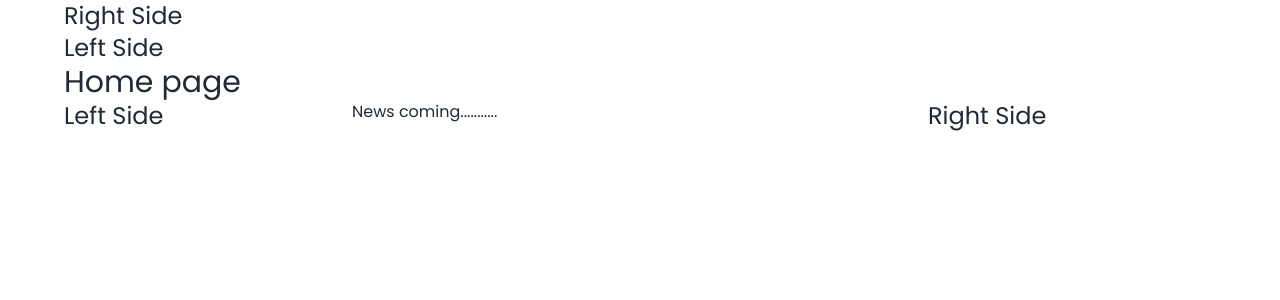
Repository: ShouravAhammed/react-dragon-news-auth
Page: /
The author's editor kept a copy of each file at every save. The page is drawn from the files as they stood at one save, then again after the next save.
The browser window is 1280 px wide. The pictures show the whole page.
The project was rebuilt for these pictures with package versions that can differ from the ones it lists, and the page was loaded fresh each time. Also part of the build but not shown: vite.config.js, src/pages/About/About.jsx, src/pages/Career/Career.jsx.

Above is the page before, as saved 2024-04-13 01:39:32.

### src/main.jsx
import React from 'react'
import ReactDOM from 'react-dom/client'
import './index.css'
import { RouterProvider } from 'react-router-dom'
import router from './Routes/Routes.jsx'

ReactDOM.createRoot(document.getElementById('root')).render(
  <React.StrictMode>
    <RouterProvider router={router}/>
  </React.StrictMode>,
)

### src/Routes/Routes.jsx
import Root from "../layout/Root";

import {
    createBrowserRouter,
  } from "react-router-dom";
import Home from "../pages/Home/Home";
import About from "../pages/About/About";
import Career from "../pages/Career/Career";

const router = createBrowserRouter([
    {
        path: '/',
        element: <Root></Root>,
        children: [
            {

                path: '/',
                element: <Home></Home>,
            },
            {

                path: '/about',
                element: <About></About>,
            },
            {

                path: '/career',
                element: <Career></Career>,
            },

        ]
    }
])

export default router;

### src/pages/Home/Home.jsx
import LeftSideNav from "../Shared/LeftSideNav/LeftSideNav";
import RightSideNav from "../Shared/RIghtSideNav/RightSideNav";


const Home = () => {
    return (
        <div>
            <RightSideNav></RightSideNav>
            <LeftSideNav></LeftSideNav>
            <h3 className="text-3xl font-poppins">Home page</h3>
            <div className="grid grid-cols-4">
                <div className="col-span-1">
                    <LeftSideNav></LeftSideNav>
                </div>
                <div className="col-span-2">News coming...........</div>
                <div className="col-span-1">
                    <RightSideNav></RightSideNav>
                </div>
            </div>
        </div>
    );
};

export default Home;

### src/pages/Shared/LeftSideNav/LeftSideNav.jsx

const LeftSideNav = () => {
    return (
        <div>
            <h3 className='text-2xl'>Left Side</h3>
        </div>
    );
};

export default LeftSideNav;

### src/pages/Shared/RIghtSideNav/RightSideNav.jsx


const RightSideNav = () => {
    return (
        <div>
            <h3 className="text-2xl">Right Side</h3>
        </div>
    );
};

export default RightSideNav;

### tailwind.config.js
/** @type {import('tailwindcss').Config} */
export default {
  content: [
    "./index.html",
    "./src/**/*.{js,ts,jsx,tsx}",
  ],
  theme: {
    extend: {
      fontFamily: {
        poppins: '"Poppins", sans-serif;', // Adds a new `font-display` class
      }
    }
  },
  plugins: [require("daisyui")],
}

Loaded but not shown: index.html (common file); src/index.css (common file); src/layout/Root.jsx (common file)

After the next save:
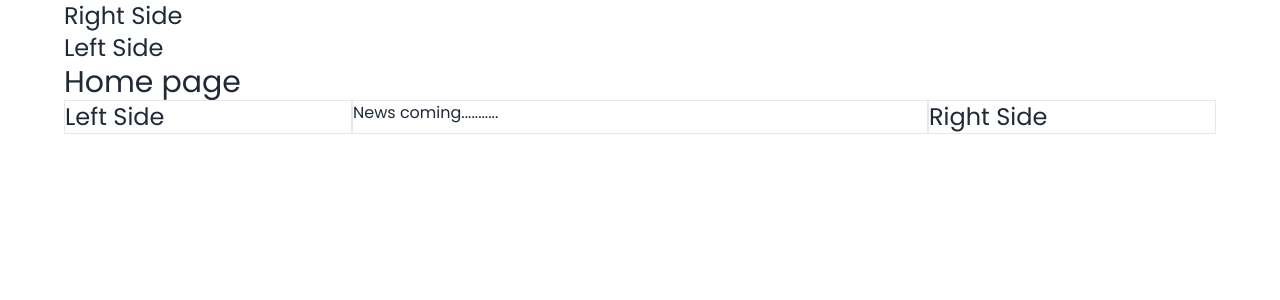
Saved 32 s later.
--- a/src/pages/Home/Home.jsx
+++ b/src/pages/Home/Home.jsx
@@ -9,11 +9,11 @@ const Home = () => {
             <LeftSideNav></LeftSideNav>
             <h3 className="text-3xl font-poppins">Home page</h3>
             <div className="grid grid-cols-4">
-                <div className="col-span-1">
+                <div className="col-span-1 border">
                     <LeftSideNav></LeftSideNav>
                 </div>
-                <div className="col-span-2">News coming...........</div>
-                <div className="col-span-1">
+                <div className="col-span-2 border">News coming...........</div>
+                <div className="col-span-1 border">
                     <RightSideNav></RightSideNav>
                 </div>
             </div>
